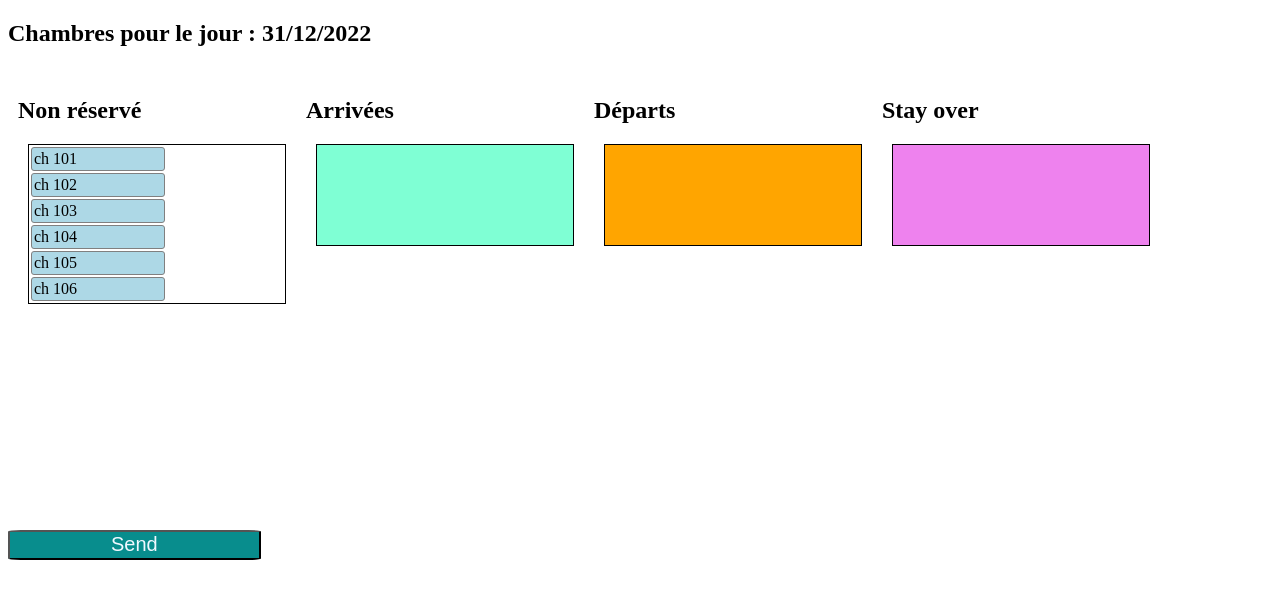
Repository: boschierob/order-app
Page: drag.html
These files come from the project's save history. The page is drawn as it stood at one moment and after the next save; the edit follows.
The browser window is 1280 px wide. The pictures show the whole page.
Some web libraries are served in a nearby version.

Above is the page before, as saved 2023-01-01 01:02:59.

After the next save:
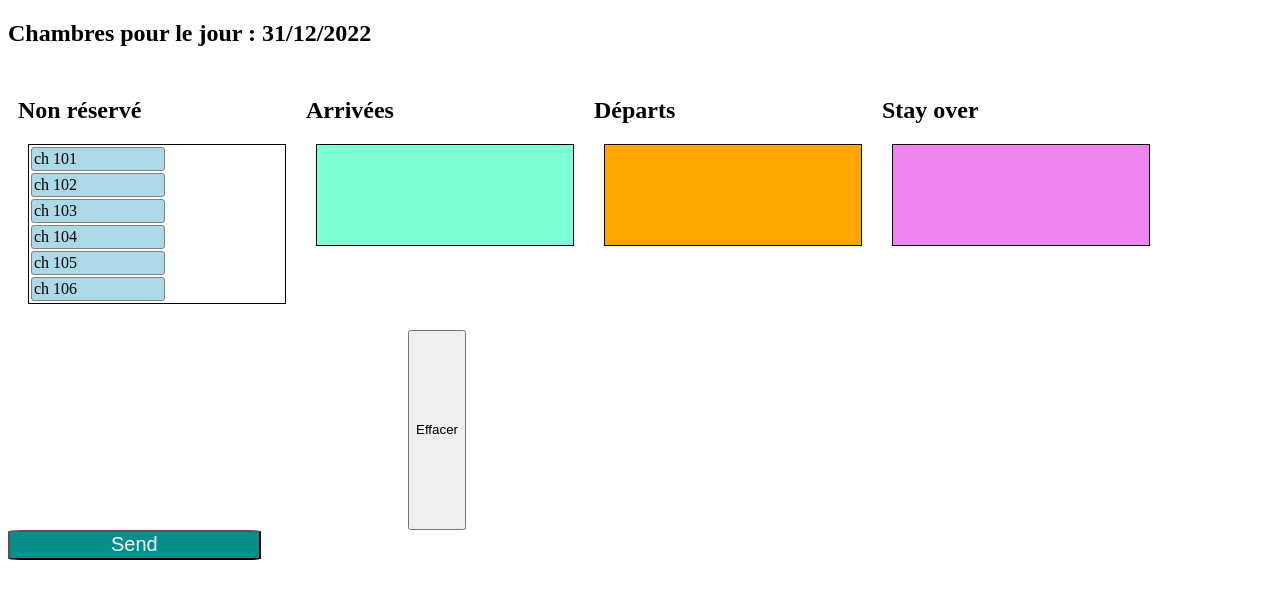
Saved 42 s later.
--- a/drag.html
+++ b/drag.html
@@ -122,6 +122,7 @@
   </div>
   <div class="items-container">
     <canvas id="signature-canvas" width="400" height="200"></canvas>
+    <button id="clear-button">Effacer</button>
 
 
   </div>
